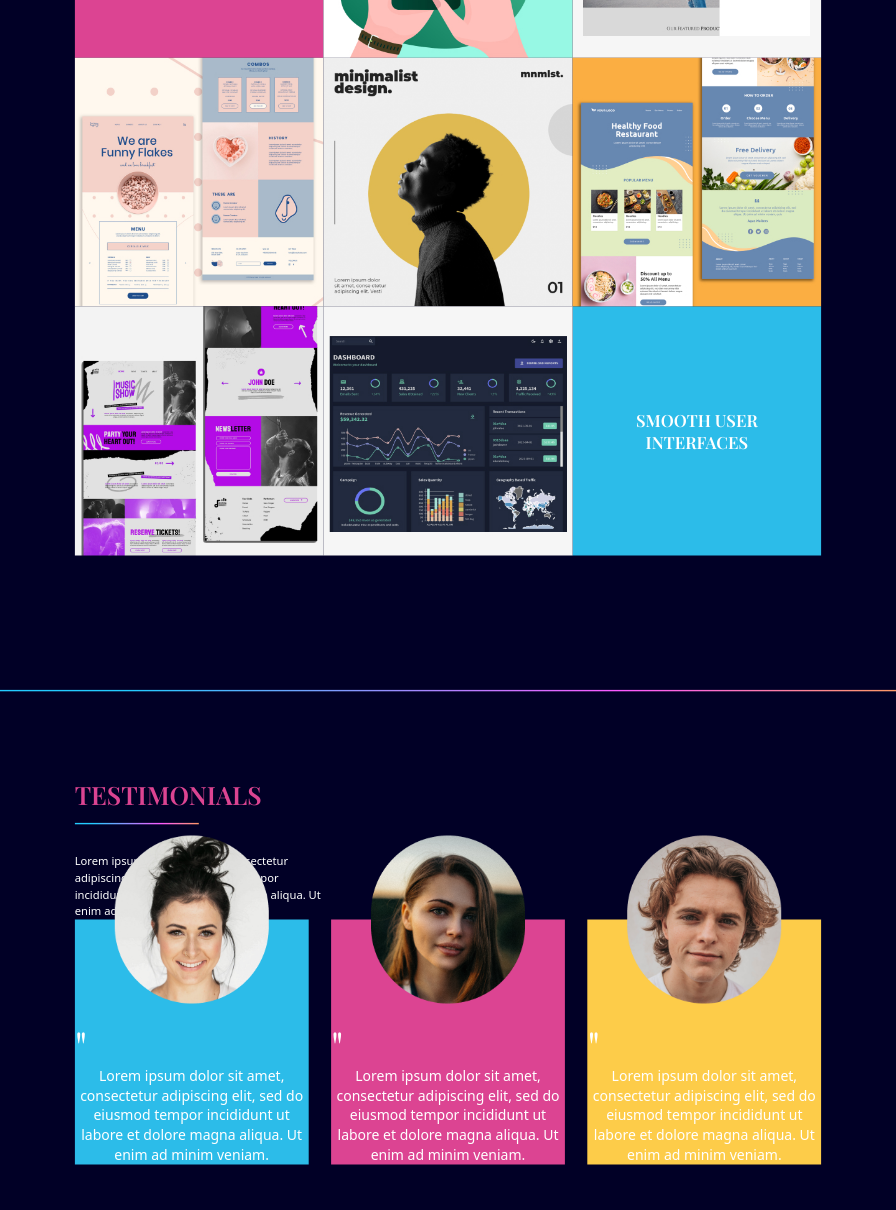
Repository: thibaultNicolas/portfolio-react
Page: /
These files come from the project's save history. The page is drawn as it stood at one moment and after the next save; the edit follows.
The browser window is 1280 px wide. The pictures show the part of the page from y = 2251 to 4171 px (the page is 3979 px tall before and 4171 px after), at 70% of full size.
The project was rebuilt for these pictures with package versions that can differ from the ones it lists, and the page was loaded fresh each time. Also part of the build but not shown: next.config.ts.

Above is the page before, as saved 2023-01-08 12:06:08.

After the next save:
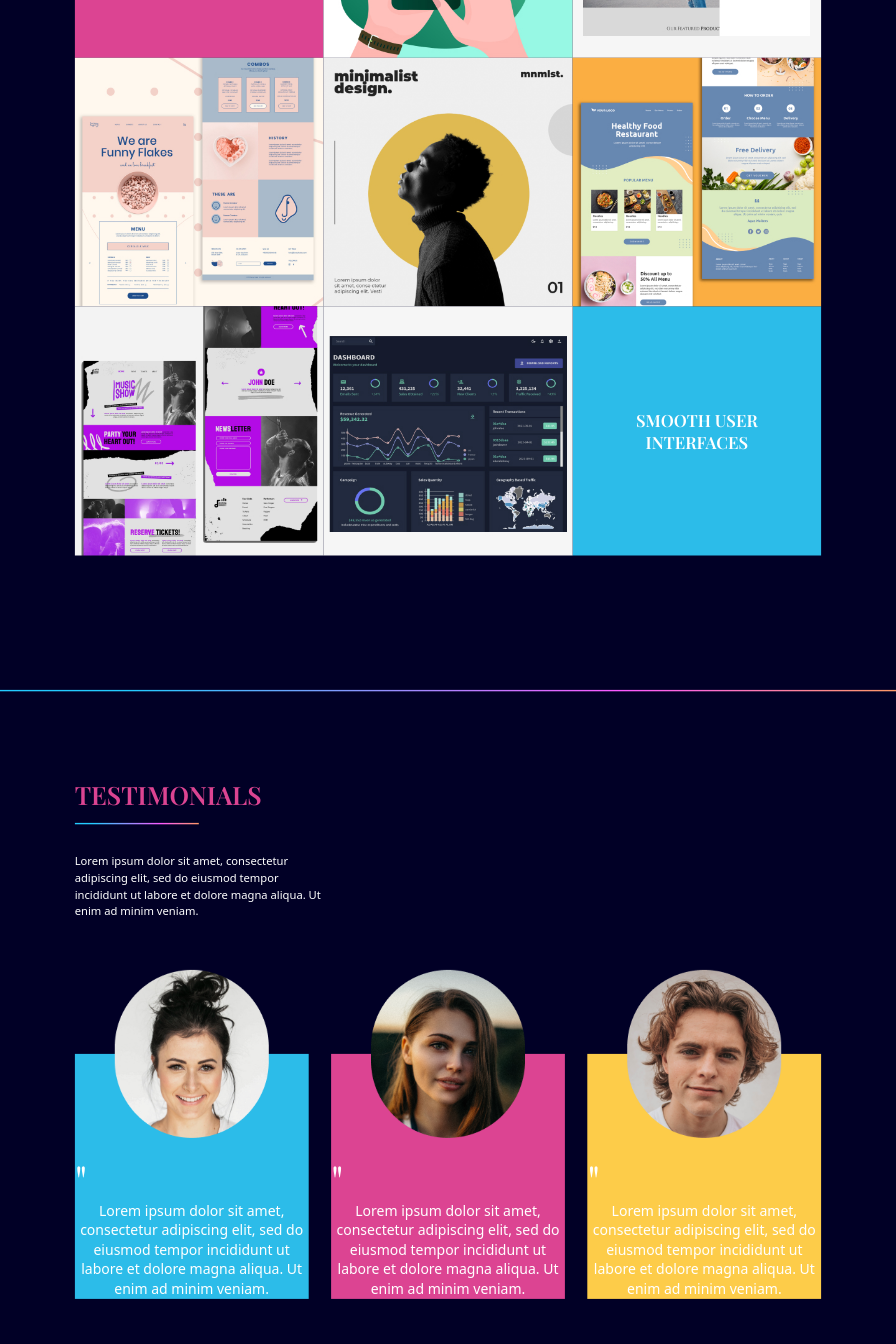
Saved 37 s later.
--- a/src/scenes/Testimonials.jsx
+++ b/src/scenes/Testimonials.jsx
@@ -2,7 +2,7 @@ import LineGradient from '../components/LineGradient';
 import { motion } from 'framer-motion';
 
 const Testimonials = () => {
-    const testimonialsStyles = `mx-auto relative max-w-[400px] h-[350px] flex flex-col justify-end pt-16 ,t-48 before:absolute before:top-[-120px] before:-ml-[110px] before:left-1/2`;
+    const testimonialsStyles = `mx-auto relative max-w-[400px] h-[350px] flex flex-col justify-end pt-16 mt-48 before:absolute before:top-[-120px] before:-ml-[110px] before:left-1/2`;
 
     return (
         <section id="testimonials" className="pt-32 pb-16">
